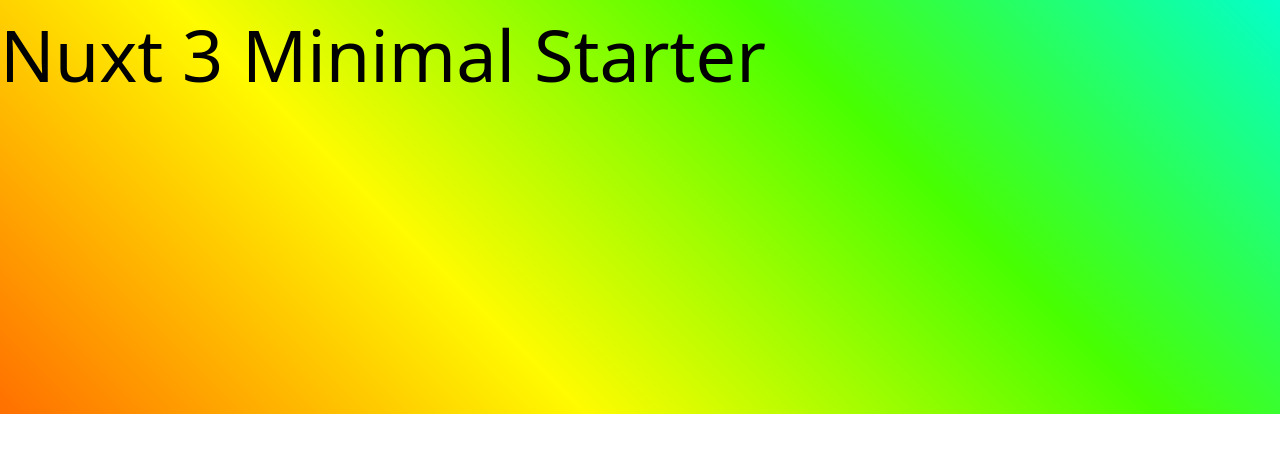
Repository: Freezler/nuxt
Page: /
These files come from the project's save history. The page is drawn as it stood at one moment and after the next save; the edit follows.
The browser window is 1280 px wide. The pictures show the whole page.
The project was rebuilt for these pictures with package versions that can differ from the ones it lists, and the page was loaded fresh each time. The framework's server and built-in components were replaced by stand-ins that run in the browser. Also part of the build but not shown: nuxt.config.ts.

Above is the page before, as saved 2024-08-02 21:07:18.

### assets/css/main.css
@tailwind base;
@tailwind components;
@tailwind utilities;

html {
	background:
	linear-gradient(45deg, #ff0000, #ff7300, #fffb00, #48ff00, #00ffd5, #002bff, #7a00ff, #ff00c8, #ff0000);


	animation: gradient 6s cubic-bezier(0.455, 0.03, 0.515, 0.955) infinite;
	background-size: 300% 100vh;
	background-repeat: no-repeat;
}
@keyframes gradient {
	0% {
		background-position: 0% 50%;
	}
	50% {
		background-position: 100% 50%;
	}
	100% {
		background-position: 0% 50%;
	}


}

### app.vue
<template>
  <div>
    <h1 class="text-[72px]">Nuxt 3 Minimal Starter</h1>
  </div>
</template>

### tailwind.config.js
/** @type {import('tailwindcss').Config} */
module.exports = {
	content: [
		"./components/**/*.{js,vue,ts}",
		"./layouts/**/*.vue",
		"./pages/**/*.vue",
		"./plugins/**/*.{js,ts}",
		"./app.vue",
		"./error.vue",
	],
	theme: {
		extend: {},
	},
	plugins: [],
}

After the next save:
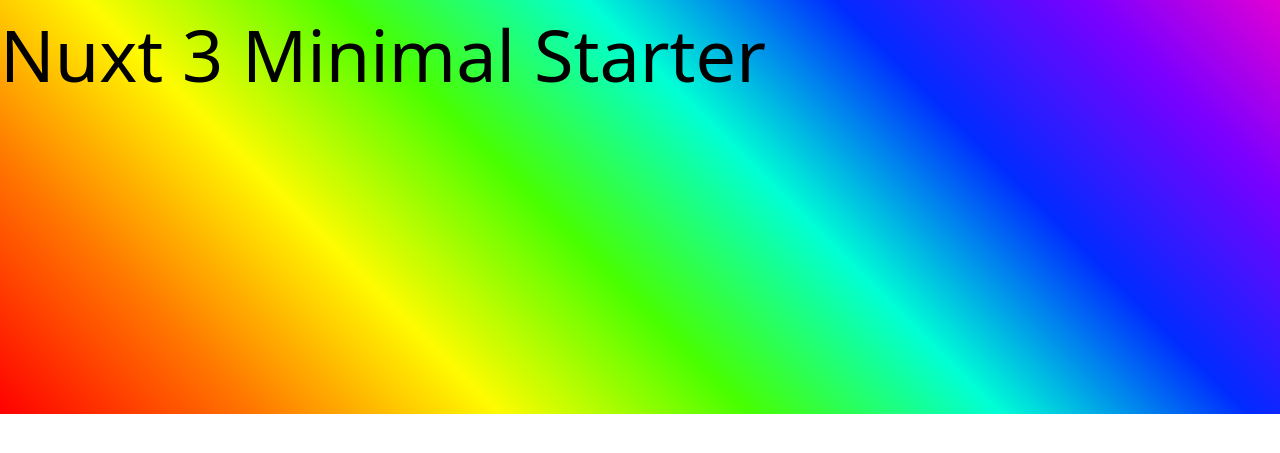
Saved 8 s later.
--- a/assets/css/main.css
+++ b/assets/css/main.css
@@ -8,7 +8,7 @@
 
 
 	animation: gradient 6s cubic-bezier(0.455, 0.03, 0.515, 0.955) infinite;
-	background-size: 300% 100vh;
+	background-size: 100vw 100vh;
 	background-repeat: no-repeat;
 }
 @keyframes gradient {
